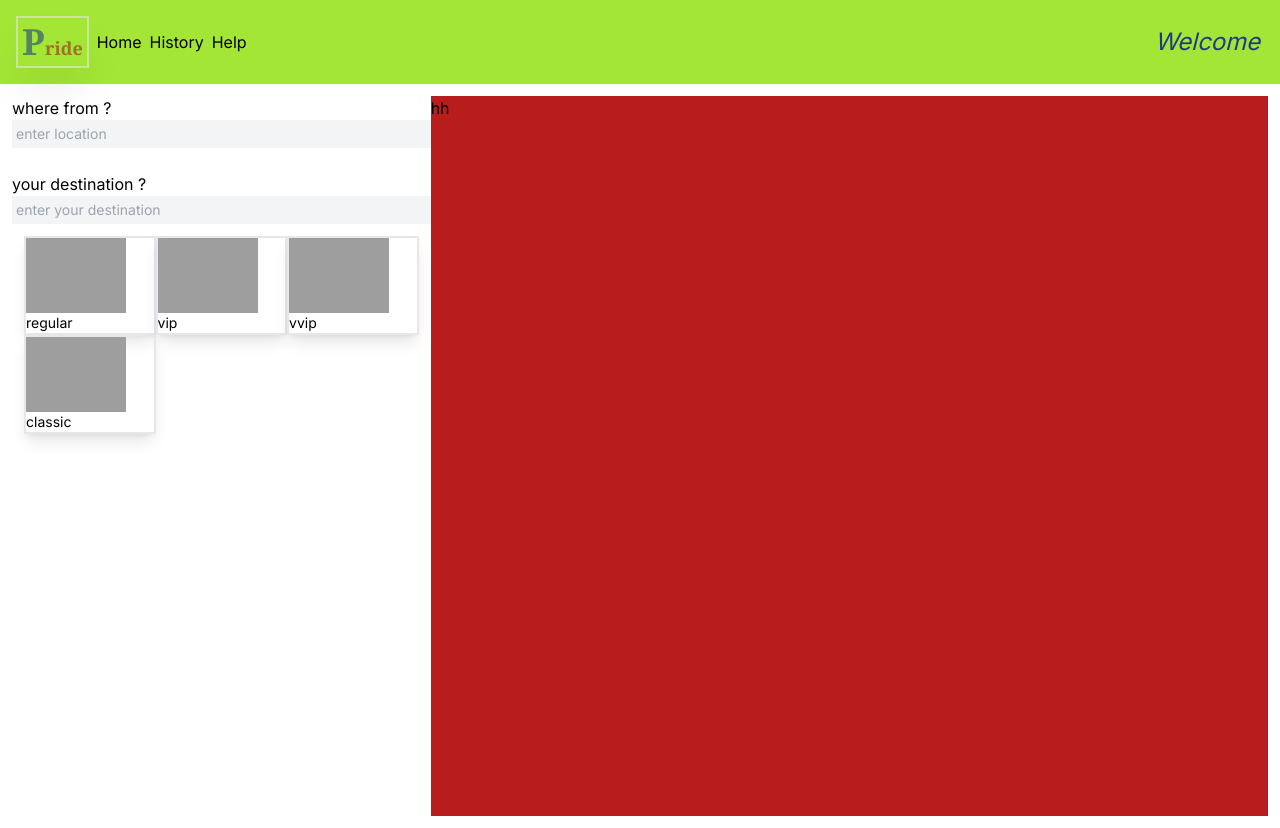
Repository: Semanmernstack/uber-mapbox
Page: /
These files come from the project's save history. The page is drawn as it stood at one moment and after the next save; the edit follows.
The browser window is 1280 px wide. The pictures show the whole page.
Pictures or frames that could not be fetched are drawn as grey boxes. The page's requests for data from a server got no answer. The project was rebuilt for these pictures with package versions that can differ from the ones it lists, and the page was loaded fresh each time. Some packages were replaced by stand-ins written for this rebuild. The framework's server and built-in components were replaced by stand-ins that run in the browser. No one was signed in, and anything a server would have sent is missing. Also part of the build but not shown: next.config.js.

Above is the page before, as saved 2023-08-16 07:18:42.

### app/layout.tsx
import './globals.css'
import type { Metadata } from 'next'
import { Inter } from 'next/font/google'
import Nav from './components/Nav'
import { ClerkProvider } from '@clerk/nextjs'

const inter = Inter({ subsets: ['latin'] })

export const metadata: Metadata = {
  title: 'Create Next App',
  description: 'Generated by create next app',
}

export default function RootLayout({
  children,
}: {
  children: React.ReactNode
}) {
  return (
    <ClerkProvider>
      <html lang="en">
        <body className={inter.className}> <Nav/>  {children}</body>
      </html>
    </ClerkProvider>
  )
}

### app/page.tsx
import Image from 'next/image'
import Booking from './components/Booking'
import Mapp from './components/Mapp'
import Cars from './components/Cars'

export default function Home() {
  return (
    <main className="p-3 gap  ">
      <div className="grid grid-cols-1 md:grid-cols-3   ">
        <div className=" h-[80%]">
          <Booking/>
          <Cars/>

        </div>
        <div className=" bg-red-700 col-span-2 h-screen">
          <Mapp/>
        </div>
      </div>
    </main>
  )
}

### app/components/Nav.tsx
import { UserButton, currentUser } from '@clerk/nextjs'
import React from 'react'

async function Nav() {
    const user = await currentUser()
  return (
    <div className="flex items-center justify-between p-4 bg-lime-400">
        <div className="flex items-center gap-2">

            <h1 className="font-extrabold shadow-2xl border-gray-200 border-2 p-1 font-serif text-2xl md:text-3xl lg:text-4xl animate-pulse text-blue-900">P<span className="text-lg animate-none font-bold text-red-800">ride</span></h1>
            <h2>Home</h2>
            <h2>History</h2>
            <h2>Help</h2>

        </div>
        <div className="flex gap-1 items-center">
            <h1 className="text-2xl text-blue-900 italic">Welcome</h1>
            <h1 className='hidden md:inline-flex'>{user?.firstName}</h1>
            <UserButton/>
        </div>
    </div>
  )
}

export default Nav

### app/components/Booking.tsx
import React from 'react'
import BookingInput from './BookingInput'

function Booking() {
  return (
    <div className="">
        <BookingInput/>

    </div>
  )
}

export default Booking

### app/components/Mapp.tsx
"use client"


import React from 'react'
import Map from 'react-map-gl';
function Mapp() {
  return (
    <div>
      <h1>hh</h1>



    </div>
  )
}

export default Mapp

### app/components/Cars.tsx
import React from 'react'
import CarsLi from './CarsLi'
import Image from 'next/image'

function Cars() {
    const data = [
        {
          id: 1,

          value: "regular",
          pics: "https://cdn.pixabay.com/photo/2016/04/01/12/16/car-1300629_1280.png",
        },

        {
          id: 2,

          value: "vip",
          pics: "https://cdn.pixabay.com/photo/2017/03/27/14/56/auto-2179220_640.jpg",
        },

        {
          id: 3,

          value: "vvip",
          pics: "https://cdn.pixabay.com/photo/2014/09/07/22/34/car-race-438467_640.jpg",
        },

        {
          id: 4,
          value: "classic",
          pics: "https://cdn.pixabay.com/photo/2013/07/13/11/44/car-158548_640.png",
        },
      ]

  return (
    <div className="grid grid-cols-2 md:grid-cols-3 p-3">
        {data?.map((d, index) => (
            <div key={index}
            className="shadow-lg gap-2 border-2"
            >
                <Image
                    src={d.pics}
                    alt="pic"
                    height={100}
                    width={100}
                    className="object-contain "
                />
                <h2 className='text-sm'>{d.value}</h2>





            </div>


        ))}

    </div>
  )
}

export default Cars

### app/components/BookingInput.tsx
"use client"

import React, { useEffect, useState } from 'react'

function BookingInput() {
    const [where, setWhere] = useState<any>()
    const [to, setTo] = useState<any>()
    const [lists, setLists] = useState<any>([])

    useEffect(() => {
        getAdress()

    }, [where, to])

    const getAdress = async () => {
        setLists([])
        const res = await fetch('api/search-map?q='+where, {
            headers:{
                "Content-Type": "application/json",
            }

        })
        const re = await res.json()
        setLists(re)

    }
  return (
    <div className="flex flex-col gap-6 relative">
        <div>
            <label> where from ?</label>
            <input type="text" placeholder='enter location'
                value={where}
                onChange={(e) => setWhere(e.target.value)}
                className="border-1 w-full text-sm outline-none bg-gray-100 focus:border-gray-700 p-1"
            />
            {lists?.suggestions?
                <div >
                    {lists?.suggestions.map((item:any, index:number) => (
                        <h2 className='text-sm cursor-pointer gap-1 shadow-2xl' onClick={() =>{ setWhere(item.full_address), setLists([])}}
                         >{item.full_address}</h2>
                    ))}
                </div> : null

            }


        </div>

        <div>
            <label> your destination ?</label>

            <input type="text" placeholder='enter your destination'
                value={to}
                onChange={(e) => setTo(e.target.value)}
                className="border-1 w-full text-sm outline-none bg-gray-100 focus:border-gray-700 p-1"
            />
            {lists?.suggestions?
                <div >
                    {lists?.suggestions.map((item:any, index:number) => (
                        <h2 className='text-sm cursor-pointer shadow-2xl' onClick={() =>{ setTo(item.full_address), setLists([])}}
                         >{item.full_address}</h2>
                    ))}
                </div> : null

            }

        </div>
    </div>
  )
}

export default BookingInput

Loaded but not shown: app/globals.css (common file); tailwind.config.ts (common file)

After the next save:
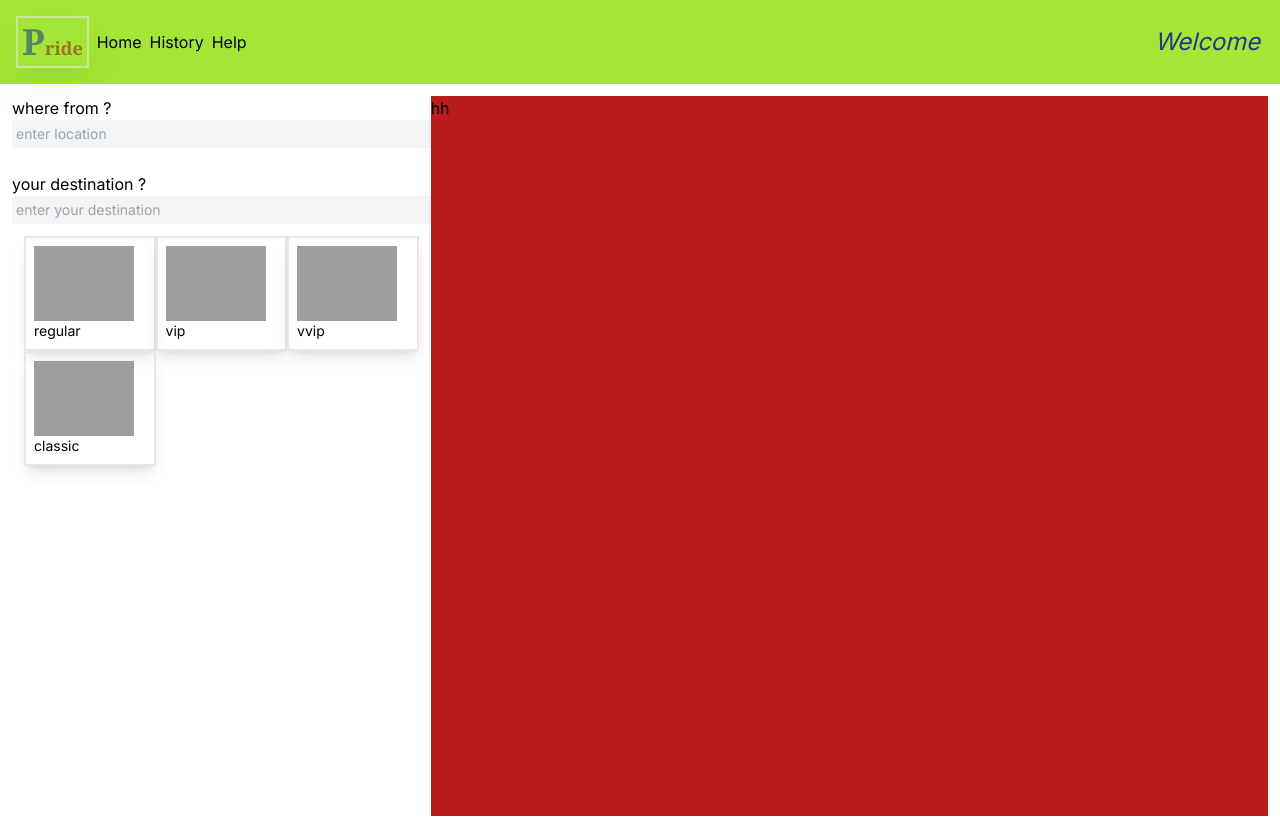
Saved 14 s later.
--- a/app/components/Cars.tsx
+++ b/app/components/Cars.tsx
@@ -36,7 +36,7 @@
     <div className="grid grid-cols-2 md:grid-cols-3 p-3">
         {data?.map((d, index) => (
             <div key={index}
-            className="shadow-lg gap-2 border-2"
+            className="shadow-lg gap-2 p-2 border-2"
             >
                 <Image
                     src={d.pics}
